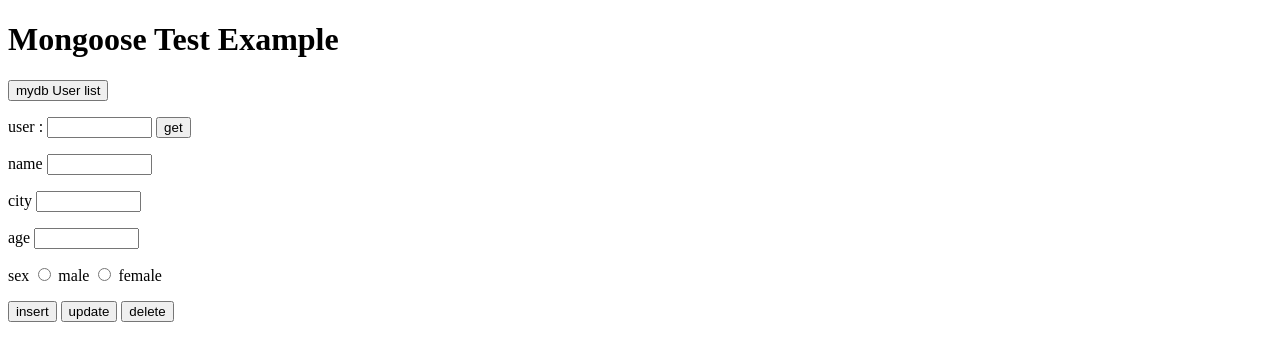
Repository: JunohK/anew
Page: node/mongos/views/index.html
The author's editor kept a record of every edit. The page is drawn from the files as they stood at one moment, then again after the next edit.
The browser window is 1280 px wide. The pictures show the whole page.

Above is the page before.

After the next edit:
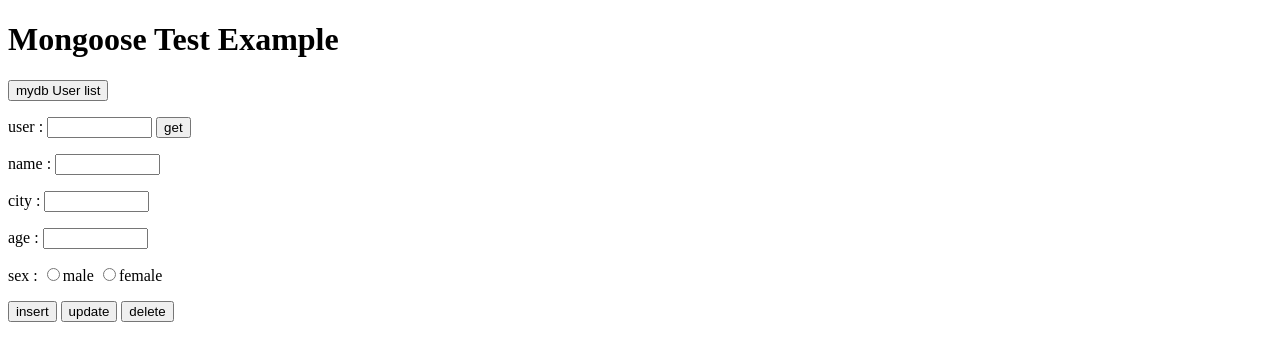
The edit:
--- a/node/mongos/views/index.html
+++ b/node/mongos/views/index.html
@@ -10,11 +10,11 @@
         <input type='button' value="mydb User list" onclick='location.href="/list"'><p>
         user : <input type='text' size='10' name='userid'>
         <input type='button' value="get" onclick='location.href="/get?input="+document.mongoform.userid.value'><p>
-        name <input type='text' size='10' name='name'><p>
-        city <input type='text' size='10' name='city'><p>
-        age <input type='text' size='10' name='age'><p>
-        sex <input type='radio' name='sex' value='male'> male
-            <input type='radio' name='sex' value='female'> female<p>
+        name : <input type='text' size='10' name='name'><p>
+        city : <input type='text' size='10' name='city'><p>
+        age : <input type='text' size='10' name='age'><p>
+        sex : <input type='radio' name='sex' value='male'>male
+            <input type='radio' name='sex' value='female'>female<p>
         <input type='submit' value="insert" onclick='this.form.action="/insert"'>
         <input type='submit' value="update" onclick='this.form.action="/update"'>
         <input type='submit' value="delete" onclick='this.form.action="/delete"'>
